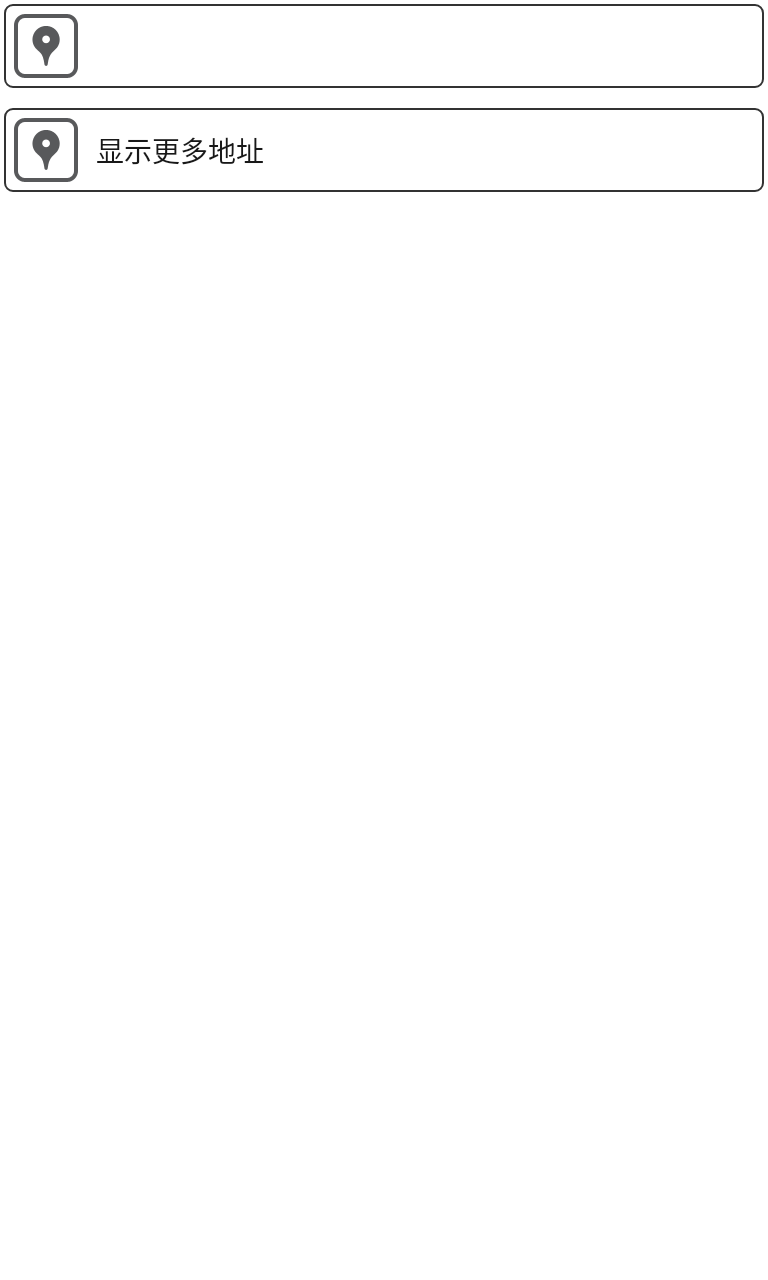
Repository: jornel/Jianjian
Layout: android/res/layout/venue_picker_page.xml
An editor plug-in stored every save of this project. The layout is shown before and after the next save, followed by the edit.
It is drawn on a 768 x 1280 px phone screen (xhdpi) without system bars, with theme JianjianTheme; the app's code is not run. Lists and similar views that code fills are empty.

Above is the layout before, as saved 2011-06-05 13:20:40.

### android/res/layout/venue_picker_page.xml
<?xml version="1.0" encoding="utf-8"?>

<!-- Copyright 2010 Mark Wyszomierski -->

<LinearLayout
  xmlns:android="http://schemas.android.com/apk/res/android"
  android:orientation="vertical"
  android:layout_width="fill_parent"
  android:layout_height="fill_parent"
  android:padding="2dip"
  android:background="@color/white"
  >

  <LinearLayout
    android:id="@+id/venuePickerRootVenueButton"
    android:layout_width="fill_parent"
    android:layout_height="wrap_content"
    android:orientation="horizontal"
    android:gravity="center_vertical"
    android:paddingTop="5dip"
    android:paddingBottom="5dip"
    android:focusable="true"
    android:background="@drawable/border_round_rect_selector"
    >

    <ImageView
      android:id="@+id/venuePickerIcon"
      android:layout_width="32dip"
      android:layout_height="32dip"
      android:src="@drawable/venue_none"
      android:scaleType="fitCenter"
      android:gravity="center_horizontal"
      android:layout_marginLeft="5dip" />

    <TextView
      android:id="@+id/venuePickerName"
      android:layout_width="fill_parent"
      android:layout_height="wrap_content"
      android:textColor="@color/black_end"
      android:textAppearance="@android:style/TextAppearance.Small"
      android:singleLine="true"
      android:ellipsize="marquee"
      android:layout_gravity="center_vertical"
      android:paddingLeft="9dip" />

  </LinearLayout>

  <LinearLayout
    android:id="@+id/venuePickerRootVenueButton"
    android:layout_width="fill_parent"
    android:layout_height="wrap_content"
	android:minHeight="10dip"
    />

  <ListView
    android:id="@+id/venuePickerListView"
    android:layout_width="fill_parent"
    android:layout_height="wrap_content"
    android:dividerHeight="1dip"
    android:divider="#444"
    android:drawSelectorOnTop="false"
    android:scrollbars="vertical"
    android:cacheColorHint="#FFF" />

  <LinearLayout
    android:id="@+id/venueloadingMoreVenueButton"
    android:layout_width="fill_parent"
    android:layout_height="wrap_content"
    android:orientation="horizontal"
    android:gravity="center_vertical"
    android:paddingTop="5dip"
    android:paddingBottom="5dip"
    android:focusable="true"
    android:background="@drawable/border_round_rect_selector"
    >

    <ImageView
      android:id="@+id/venuePickerIcon"
      android:layout_width="32dip"
      android:layout_height="32dip"
      android:src="@drawable/venue_none"
      android:scaleType="fitCenter"
      android:gravity="center_horizontal"
      android:layout_marginLeft="5dip" />


    <TextView
      android:id="@+id/venuePickerName"
      android:layout_width="fill_parent"
      android:layout_height="wrap_content"
      android:text="@string/more_venues"
      android:textColor="@color/black_end"
      android:textAppearance="@android:style/TextAppearance.Small"
      android:singleLine="true"
      android:ellipsize="marquee"
      android:layout_gravity="center_vertical"
      android:paddingLeft="9dip" />

  </LinearLayout>


</LinearLayout>

### android/res/values/sytles.xml
<?xml version="1.0" encoding="utf-8"?>
<resources>
   <style parent="@android:style/Theme.Light" name="JianjianTheme">
   </style>

   <style name="TextViewStyleTabMainNav">
    <item name="android:textSize">12dip</item>
    <item name="android:textColor">@drawable/tab_main_nav_text_selector</item>
   </style>
   <style name="TextViewStyleUserDetailsActivityTitle">
    <item name="android:textSize">20dip</item>
    <item name="android:textColor">@color/white</item>
    <item name="android:textStyle">bold</item>
   </style>
     <style name="TextViewStyleUserDetailsActivityLastSeen">
    <item name="android:textSize">14dip</item>
    <item name="android:textColor">@color/white</item>
  </style>

  <style name="TextViewStyleUserDetailsActivityGeneralTitle">
    <item name="android:textSize">11dip</item>
    <item name="android:textColor">@color/white</item>
    <item name="android:textStyle">bold</item>
  </style>

  <style name="TextViewStyleUserDetailsActivityGeneralValue">
    <item name="android:textSize">18dip</item>
    <item name="android:textColor">@color/white</item>
    <item name="android:textStyle">bold</item>
  </style>

  <style name="TextViewStyleVenueActivityBold">
    <item name="android:textSize">14dip</item>
    <item name="android:textStyle">bold</item>
  </style>

  <!-- Used in user details for adding or confirming a friend. -->
  <style name="friendButton">
    <item name="android:background">@drawable/friend_button_selector</item>
    <item name="android:textAppearance">@android:style/TextAppearance.Small</item>
    <item name="android:textColor">@android:color/white</item>
    <item name="android:padding">5dip</item>
    <item name="android:textStyle">bold</item>
  </style>

    <!-- Header divider used with separated list adapter. -->
  <style name="listSeparatorTextViewStyle">
    <item name="android:layout_width">fill_parent</item>
    <item name="android:layout_height">wrap_content</item>
    <item name="android:paddingTop">3dip</item>
    <item name="android:paddingBottom">4dip</item>
    <item name="android:paddingLeft">9dip</item>
    <item name="android:background">@drawable/listview_header_background</item>
    <item name="android:textAppearance">@style/TextViewStyleHeaderDivider</item>
  </style>

  <style name="TextViewStyleHeaderDivider">
    <item name="android:textSize">14dip</item>
    <item name="android:textColor">#333</item>
    <item name="android:textStyle">bold</item>
  </style>
</resources>

### android/res/values/colors.xml
<?xml version="1.0" encoding="utf-8"?>
  <!-- Copyright (C) 2007 The Android Open Source Project -->

<resources>
    <color
        name="white">#fff</color>
    <color
        name="dark_white">#efefef</color>
    <color
        name="purple_start">#9b256b</color>
    <color
        name="purple_end">#5d2761</color>
    <color
        name="red_bright">#df2212</color>

    <!-- 427BBA, 0f93b8 -->
    <color
        name="blue_start">#0f93b8</color>
    <color
        name="blue_end">#0f93b8</color>
    <color
        name="lgrey_start">#BFC0C0</color>
    <color
        name="lgrey_end">#AEB2B7</color>
    <color
        name="dgrey_start">#4E4F50</color>
    <color
        name="dgrey_end">#2C3137</color>
    <color
        name="item_grey_start">#B4B8BA</color>
    <color
        name="item_grey_end">#62707C</color>
     <color
        name="black_start">#333333</color>
    <color
        name="black_end">#181818</color>
     <color
        name="grey_start">#CBCBCB</color>
    <color
        name="grey_end">#8C9DAE</color>
    <color
        name="blue_badges_mayor">#095b72</color>
    <color
        name="vlgrey">#EEEEEE</color>
    <color
        name="color_score_list_adapter_highlight">#EEEEEE</color>
    <color
        name="color_score_mayor_section_background">#DDDDDD</color>
    <color
        name="color_bright_green">#a6da00</color>
    <color
        name="transparent_color_bright_green">#50a6da00</color>
    <color
        name="tip_detail_actions_background">#c7c7c7</color>
    <color
        name="user_details_activity_general">#FF555555</color>
    <color
        name="transparent">#00000000</color>

</resources>

### android/res/drawable/border_round_rect_selector.xml
<?xml version="1.0" encoding="utf-8"?>

  <!-- Copyright (c) Mark Wyszomierski, 2010. -->

<selector
 xmlns:android="http://schemas.android.com/apk/res/android"
 android:id="@+id/myselector" >

  <!-- Non focused states -->
  <item
    android:state_focused="false"
    android:state_selected="false"
    android:state_pressed="false"
    android:state_enabled="true"
    android:drawable="@drawable/border_round_rect" />

  <item
    android:state_focused="false"
    android:state_selected="true"
    android:state_pressed="false"
    android:state_enabled="true"
    android:drawable="@drawable/border_round_rect" />

  <!-- Focused states -->
  <item
    android:state_focused="true"
    android:state_selected="false"
    android:state_pressed="false"
    android:state_enabled="true"
    android:drawable="@drawable/border_round_rect_on" />

  <item
    android:state_focused="true"
    android:state_selected="true"
    android:state_pressed="false"
    android:state_enabled="true"
    android:drawable="@drawable/border_round_rect_on" />

  <!-- Pressed -->
  <item
    android:state_pressed="true"
    android:drawable="@drawable/border_round_rect_on" />

  <!-- Disabled -->
  <item
    android:state_enabled="false"
    android:drawable="@drawable/border_round_rect_disabled" />

</selector>

### android/res/values/strings.xml
<?xml version="1.0" encoding="utf-8"?>
<resources>
    <string name="hello">Hello World, MainActivity!</string>
    <string name="app_name">Jianjian</string>
    <string name="main_name">随时随地推荐好东西给好友</string>
    <string name="friends_activity_label">jianjian friends</string>
    <string name="recommendit_activity_label">jianjian recommend</string>
    <string name="me_activity_label">jianjian me</string>
    <string name="tab_main_nav_friends">朋友</string>
    <string name="tab_main_nav_products">推荐它</string>
    <string name="tab_main_nav_me">我</string>
    <string name="user_details_activity_general_badges">徽章</string>
    <string name="user_details_activity_general_tips">收藏</string>
    <string name="user_details_activity_general_points">积分</string>
    <string name="user_details_activity_add_friends">添加好友</string>
    <string name="user_details_activity_friend_confirm">确认加为好友</string>
    <string name="user_details_activity_friend_add">加为好友</string>
    <string name="user_details_activity_friends_in_common_text">%d个好友</string>
    <string name="login_get_started">Get Started</string>
    <string name="login_get_started_more">Got a jianjian account? We just need your email or phone# and password</string>
    <string name="login_failed_login_toast">Unable to log in. Please check your phone number and password.</string>
    <string name="login_label">Log-in</string>
    <string name="login_welcome_toast">Welcome to Jianjian!</string>
    <string name="login_dialog_message">Please wait while logging into Jianjian...</string>
    <string name="login_dialog_title">Logging in...</string>
    <string name="phone_number">Phone Number</string>
    <string name="phone_number_or_email">Username or Email</string>
    <string name="password">Password</string>
    <string name="need_an_account">Need an account?</string>

    <string name="product_info_separator_text">商品信息</string>
    <string name="hint_product_name">商品名称</string>
    <string name="hint_product_price">0.00</string>
    <string name="hint_product_currency">元</string>
    <string name="recommend_info_separator_text">推荐描述</string>
    <string name="hint_recommend_description">为你的推荐说两句...</string>
    <!-- Menu -->
    <string name="refresh">Refresh</string>
    <string name="preferences_logout_title">Logout</string>
    <string name="preferences_exit_title">Exit</string>
    <string name="loading_venue_product">加载商品地址...</string>
    <string name="pickup_venue_product">选择商品地址</string>
    <string name="recommenditbtn">推荐给好友</string>
    <string name="recommendit_progress_bar_title_recommendit">加载商品</string>


    <string name="submitting_the_recommendation">正在提交推荐...</string>
    <string name="add_recommend_it_fail">提交推荐时发生了错误，请重新试一下</string>

    <string name="venue_picker_dialog_title">选择一个地址</string>
    <string name="more_venues">显示更多地址</string>


    <!-- test user string -->
    <string name="testuserid1">鲶鱼哥哥</string>
    <string name="male">male</string>
</resources>

### android/res/drawable/border_round_rect.xml
<?xml version="1.0" encoding="utf-8"?>

  <!-- Copyright (c) Mark Wyszomierski, 2010. -->

<shape xmlns:android="http://schemas.android.com/apk/res/android">
  <stroke android:width="1dip" android:color="#333" />
  <padding android:left="0dip" android:top="7dip" android:right="7dip" android:bottom="7dip" />
  <corners android:radius="4dip" />
  <solid android:color="#FFF" />
</shape>

### android/res/drawable/border_round_rect_on.xml
<?xml version="1.0" encoding="utf-8"?>

  <!-- Copyright (c) Mark Wyszomierski, 2010. -->

<shape xmlns:android="http://schemas.android.com/apk/res/android">
  <stroke android:width="1dip" android:color="#333" />
  <padding android:left="0dip" android:top="7dip" android:right="7dip" android:bottom="7dip" />
  <corners android:radius="4dip" />
  <solid android:color="#FF9A31" />
</shape>

### android/res/drawable/border_round_rect_disabled.xml
<?xml version="1.0" encoding="utf-8"?>

  <!-- Copyright (c) Mark Wyszomierski, 2010. -->

<shape xmlns:android="http://schemas.android.com/apk/res/android">
  <stroke android:width="1dip" android:color="#333" />
  <padding android:left="0dip" android:top="7dip" android:right="7dip" android:bottom="7dip" />
  <corners android:radius="4dip" />
  <solid android:color="#D6D3D6" />
</shape>

After the next save:
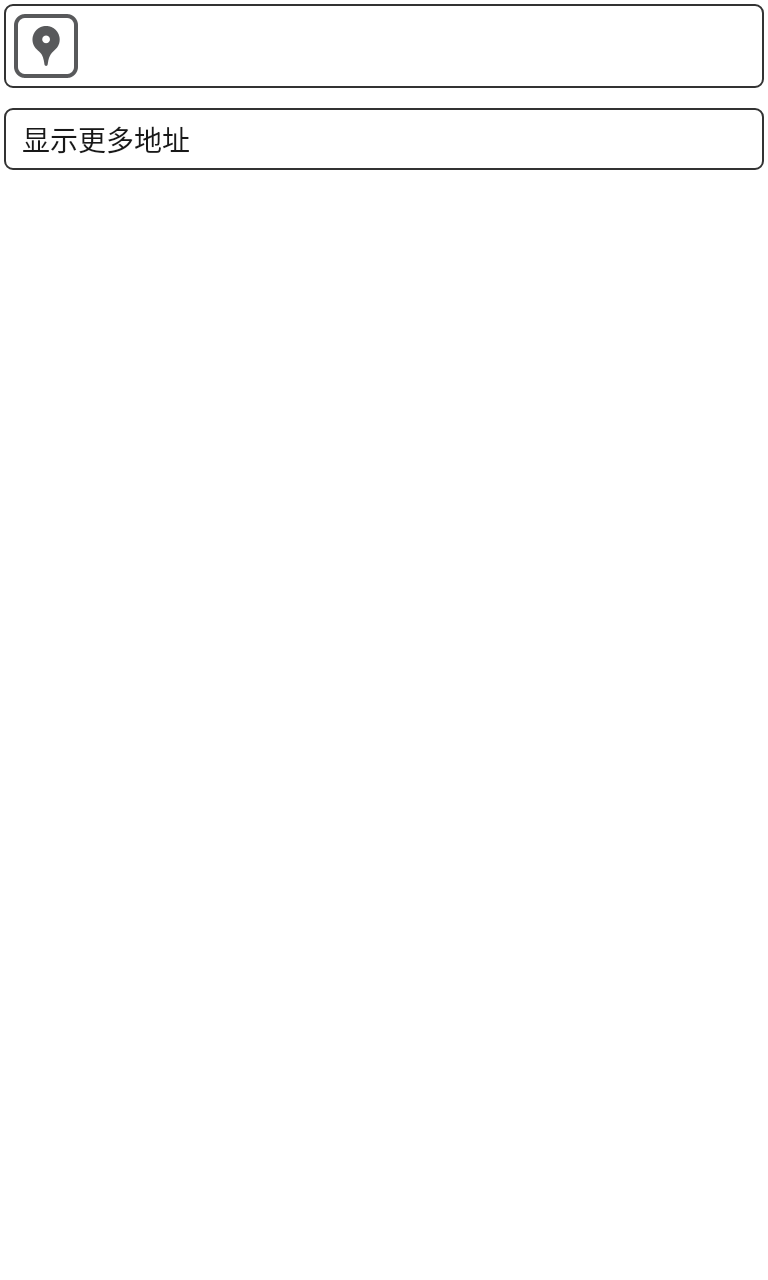
Saved 31 s later.
--- a/android/res/layout/venue_picker_page.xml
+++ b/android/res/layout/venue_picker_page.xml
@@ -74,16 +74,6 @@
     android:background="@drawable/border_round_rect_selector"
     >
 
-    <ImageView
-      android:id="@+id/venuePickerIcon"
-      android:layout_width="32dip"
-      android:layout_height="32dip"
-      android:src="@drawable/venue_none"
-      android:scaleType="fitCenter"
-      android:gravity="center_horizontal"
-      android:layout_marginLeft="5dip" />
-
-
     <TextView
       android:id="@+id/venuePickerName"
       android:layout_width="fill_parent"
